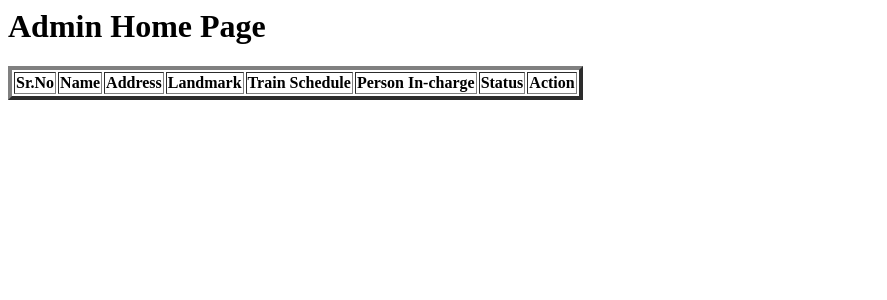
Repository: chinthaginjalabhuvan/Java
Page: http://localhost/RailwayCrossingProject/AdminHome.jsp
These files come from the project's save history. The page is drawn as it stood at one moment and after the next save; the edit follows.
The browser window is 768 px wide. The page is 768 px wide, then 887 px, so the pictures cover 887 px, including what lies to the right of the window. The pictures show the whole page.
The page is served by Tomcat 9. Queries for data that is not in the repository find no rows.

Above is the page before, as saved 2025-06-06 09:21:00.

After the next save:
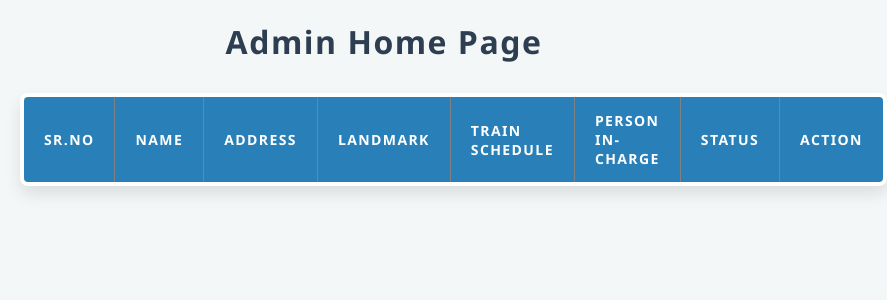
Saved 2 min 51 s later.
--- a/RailwayCrossingProject/src/main/webapp/AdminHome.jsp
+++ b/RailwayCrossingProject/src/main/webapp/AdminHome.jsp
@@ -6,13 +6,91 @@
 
 	<head>
 		<style>
-			#status{
-			width:200px;
-			}
+			body {
+  font-family: 'Segoe UI', Tahoma, Geneva, Verdana, sans-serif;
+  background: #f4f7f8;
+  margin: 20px;
+  color: #333;
+}
 
-			button{
-			float:left;
-			}
+h1 {
+  text-align: center;
+  color: #2c3e50;
+  margin-bottom: 30px;
+  font-weight: 700;
+  letter-spacing: 1.5px;
+}
+
+table {
+  width: 90%;
+  margin: 0 auto 40px auto;
+  border-collapse: collapse;
+  box-shadow: 0 8px 16px rgba(0,0,0,0.1);
+  background-color: #fff;
+  border-radius: 8px;
+  overflow: hidden;
+}
+
+th, td {
+  padding: 14px 20px;
+  text-align: left;
+}
+
+th {
+  background-color: #2980b9;
+  color: #ffffff;
+  font-weight: 600;
+  text-transform: uppercase;
+  letter-spacing: 0.1em;
+}
+
+tr:nth-child(even) {
+  background-color: #f9fbfc;
+}
+
+tr:hover {
+  background-color: #d6eaff;
+  transition: background-color 0.3s ease;
+}
+
+#act {
+  width: 160px;
+  text-align: center;
+}
+
+#status form {
+  display: inline-block;
+  margin: 0 5px;
+}
+
+button {
+  background-color: #3498db;
+  border: none;
+  color: white;
+  padding: 8px 15px;
+  text-transform: uppercase;
+  font-size: 0.85em;
+  border-radius: 4px;
+  cursor: pointer;
+  transition: background-color 0.3s ease;
+}
+
+button:hover {
+  background-color: #217dbb;
+}
+
+@media (max-width: 768px) {
+  table, th, td {
+    font-size: 14px;
+  }
+  #act {
+    width: auto;
+  }
+  button {
+    padding: 6px 10px;
+    font-size: 0.75em;
+  }
+}
 		</style>
 	</head>
 
